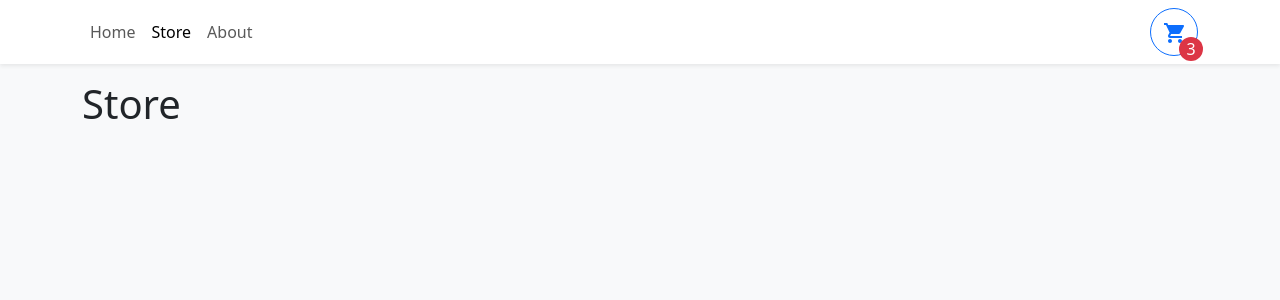
Repository: kurtveil/react-ecommerce
Page: /store
The author's editor kept a copy of each file at every save. The page is drawn from the files as they stood at one save, then again after the next save.
The browser window is 1280 px wide. The pictures show the whole page.
The page's requests for data from a server got no answer. The project was rebuilt for these pictures with package versions that can differ from the ones it lists, and the page was loaded fresh each time. No one was signed in, and anything a server would have sent is missing. Also part of the build but not shown: vite.config.ts, src/pages/Home.tsx, src/pages/About.tsx.

Above is the page before, as saved 2023-07-14 19:55:31.

### src/main.tsx
import React from 'react'
import ReactDOM from 'react-dom/client'
import App from './App.tsx'
import "bootstrap/dist/css/bootstrap.min.css";
import { BrowserRouter } from 'react-router-dom';

ReactDOM.createRoot(document.getElementById('root')!).render(
  <React.StrictMode>
    <BrowserRouter>
      <App />
    </BrowserRouter>
  </React.StrictMode>,
)

### src/App.tsx
import { ApolloProvider, ApolloClient, InMemoryCache } from '@apollo/client';
import { Routes, Route } from "react-router-dom";
import { Container } from "react-bootstrap";
import Home from "./pages/Home";
import Store from "./pages/Store";
import About from "./pages/About";
import Navbar from "./components/Navbar";

const cache = new InMemoryCache({
  typePolicies: {
    Query: {
      fields: {

        products: {
          merge(existing, incoming) {
            return incoming;
          }
        }
      }
    }
  }
});


const client = new ApolloClient({
  uri: 'http://localhost:8000/graphql', // 'https://manage-projects.onrender.com/graphql',
  cache
});

function App() {

  return (
    <>
    <Navbar/>
      <Container className="mb-4">
      <ApolloProvider client={client}>
        <Routes>
          <Route path="/" element={<Home />} />
          <Route path="/store" element={<Store />} />
          <Route path="/about" element={<About />} />
        </Routes>
        </ApolloProvider >
      </Container>
    </>
  )
}

export default App

### src/pages/Store.tsx
import { useQuery } from "@apollo/client";
import { Row, Col } from 'react-bootstrap';
import { GET_PRODUCTS } from "../queries/productQueries";

export default function Store(){
  const { loading, error, data } = useQuery(GET_PRODUCTS);
    return (
      <>
      <h1>Store</h1>
      <Row></Row>
      </>
    )
}

### src/components/Navbar.tsx
import { Container, Button, Nav, Navbar as NavbarBs } from 'react-bootstrap';
import { NavLink } from 'react-router-dom';
import ShoppingCartIcon from '@mui/icons-material/ShoppingCart';
export default function Navbar() {
    return (
        <NavbarBs sticky='top' className='bg-white shadow-sm mb-3'>
            <Container>
                <Nav className='me-auto'>
                    <Nav.Link to="/" as={NavLink}>
                        Home
                    </Nav.Link>
                    <Nav.Link to="/store" as={NavLink}>
                        Store
                    </Nav.Link>
                    <Nav.Link to="/about" as={NavLink}>
                        About
                    </Nav.Link>
                </Nav>
                <Button style={{ width: "3rem", height: "3rem" , position: 'relative'}} variant='outline-primary' className='rounded-circle'>
                    <ShoppingCartIcon />
                    <div className='rounded-circle bg-danger d-flex justify-content-center align-items-center'
                    style={{
                        color: 'white',
                        width: '1.5rem',
                        height: "1.5rem",
                        position: "absolute",
                        bottom: 0,
                        right: 0 ,
                        transform: "translate(25%, 25%)"}}>3</div>
                </Button>
            </Container>
        </NavbarBs>
    )
}

### src/queries/productQueries.js
import { gql } from "@apollo/client";
const GET_PRODUCTS = gql`
    query getProducts {
        products {
            id
            name
            price
            description
            amount
            characteristics
            image
        }
    }
`;

export {GET_PRODUCTS};

Loaded but not shown: index.html (common file)

After the next save:
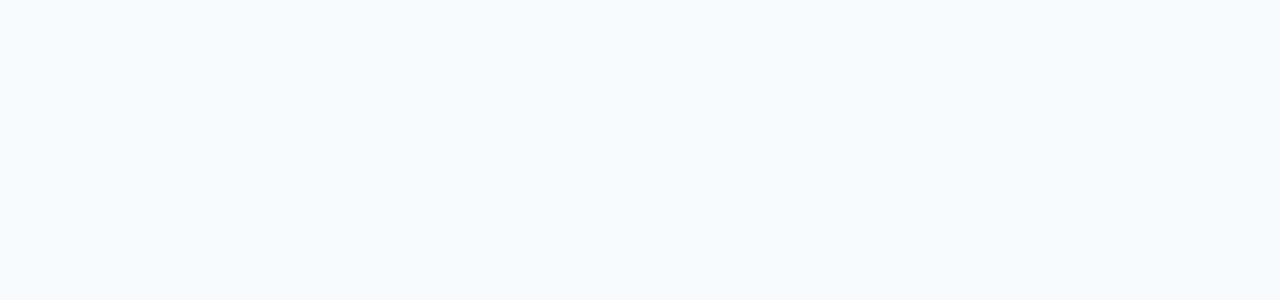
Console error: ReferenceError: item is not defined
Saved 79 s later.
--- a/src/pages/Store.tsx
+++ b/src/pages/Store.tsx
@@ -7,7 +7,9 @@
     return (
       <>
       <h1>Store</h1>
-      <Row></Row>
+      <Row md={2} xs={1} lg={3}>
+        <Col>{JSON.stringify(item)}</Col>
+      </Row>
       </>
     )
 }

After the 3 saves that followed:
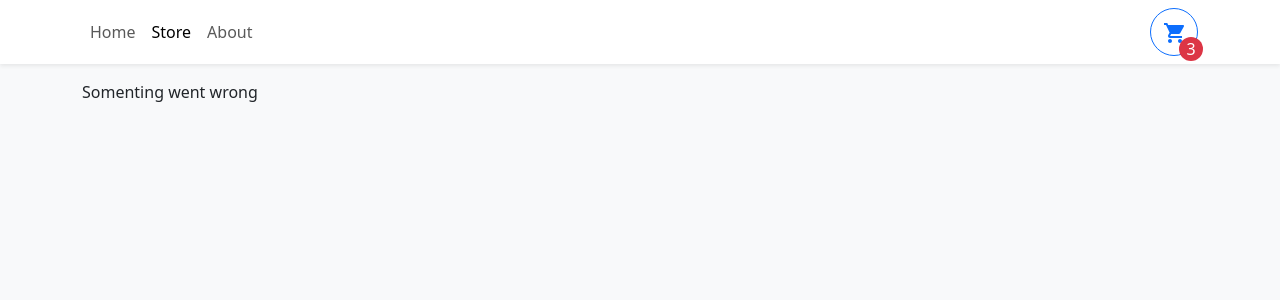
The error is gone.
The 3 saves are shown as one change because 2 left the picture as it was.
The last was saved 2 min 54 s later.
--- a/src/pages/Store.tsx
+++ b/src/pages/Store.tsx
@@ -4,11 +4,18 @@
 
 export default function Store(){
   const { loading, error, data } = useQuery(GET_PRODUCTS);
+
+  if (loading) return <h1>Loading</h1>;
+  if (error) return <p>Somenting went wrong</p>;
     return (
       <>
       <h1>Store</h1>
-      <Row md={2} xs={1} lg={3}>
-        <Col>{JSON.stringify(item)}</Col>
+      <Row md={2} xs={1} lg={3} className="g-3">
+
+          {data.map((item) =>(
+             <Col>{JSON.stringify(item)}</Col>
+          ))}
+
       </Row>
       </>
     )
